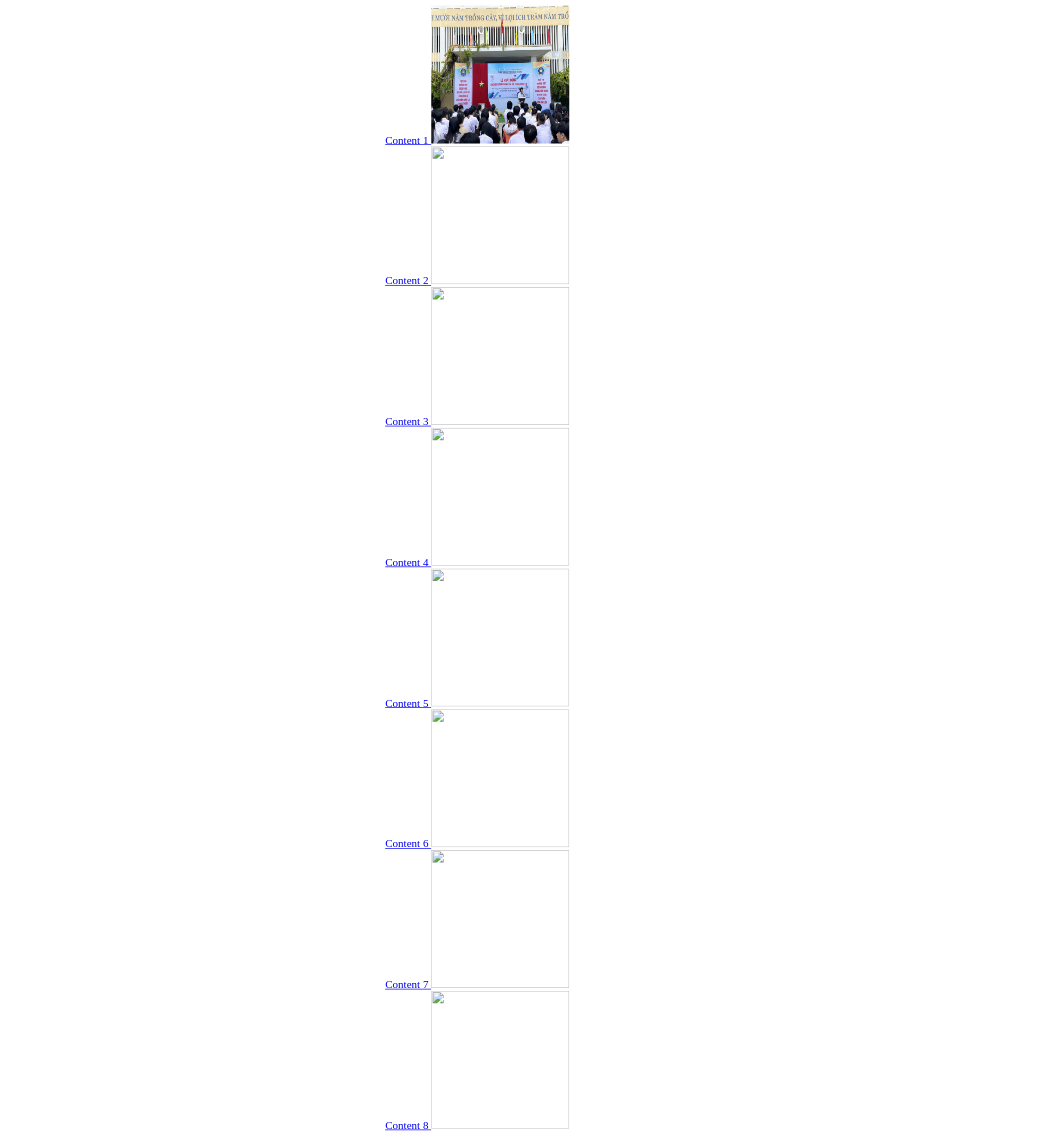
Repository: dphasst17/THPTVCC
Page: new/new_content/new_content_home.html
An editor plug-in stored every save of this project. The page is shown before and after a run of saves, followed by the edit.
The browser window is 1280 px wide. The page is 1527 px wide, so the pictures cover 1527 px, including what lies to the right of the window. The pictures show the whole page, at 69% of full size.

Above is the page before, as saved 2022-10-13 09:21:33.

After the next 2 saves:
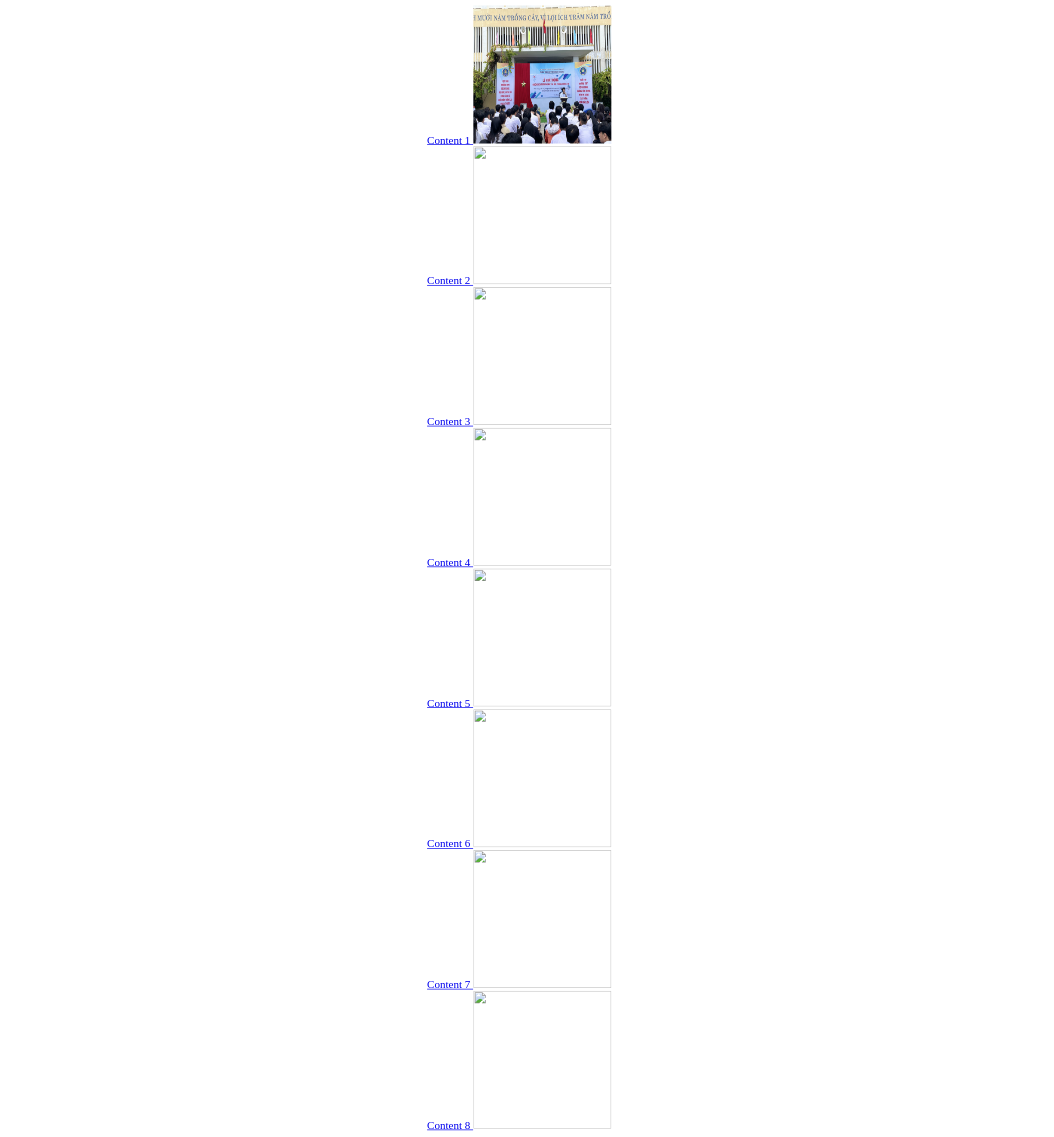
The 2 saves are shown as one change because they came seconds apart.
The last was saved 7 s later.
--- a/new/new_content/new_content_home.html
+++ b/new/new_content/new_content_home.html
@@ -10,7 +10,7 @@
             width:1519px;
         }
         .content{
-            width:90%;
+            width:98%;
             height:auto;
             text-align:center;
             background-color:#fff;
